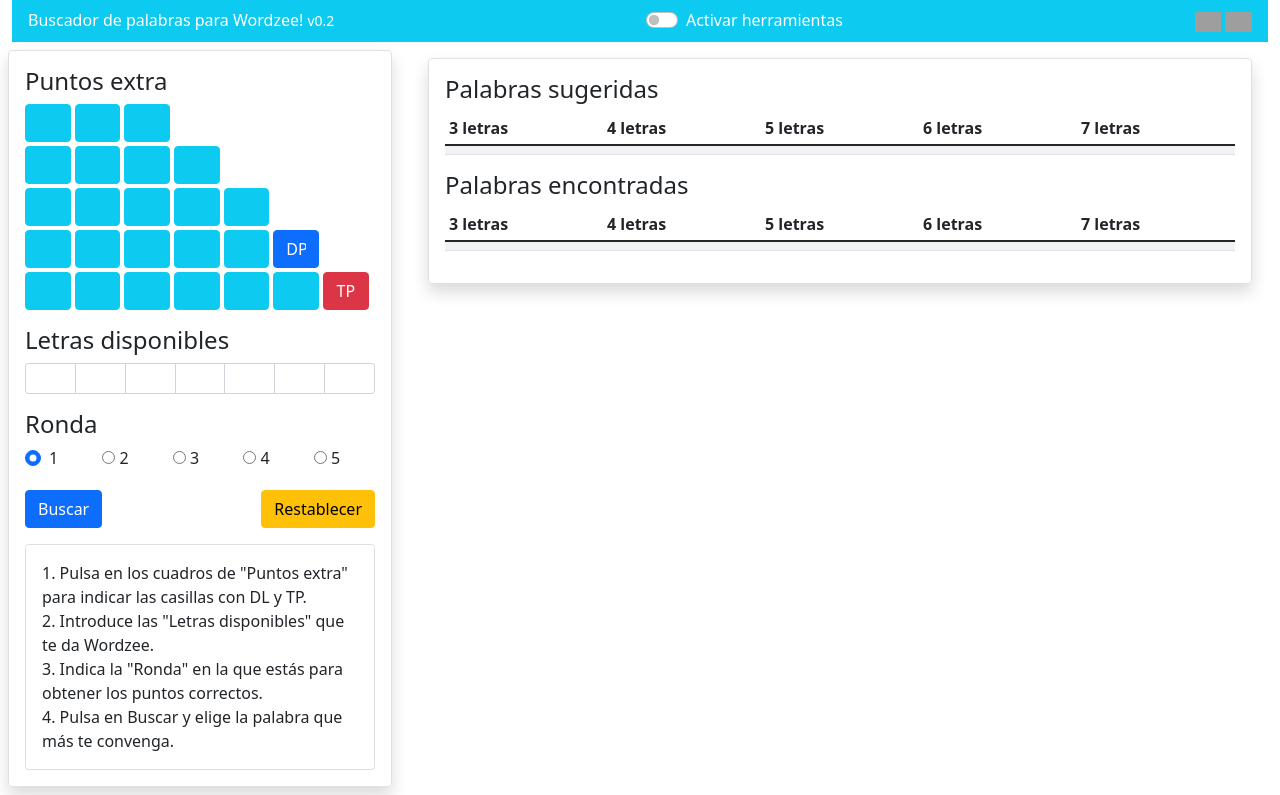
Repository: angelcafe/wordzee-bp_javascript
Page: index.html
An editor plug-in stored every save of this project. The page is shown before and after the next save, followed by the edit.
The browser window is 1280 px wide. The pictures show the whole page.
Pictures or frames that could not be fetched are drawn as grey boxes.

Above is the page before, as saved 2021-10-22 23:28:23.

After the next save:
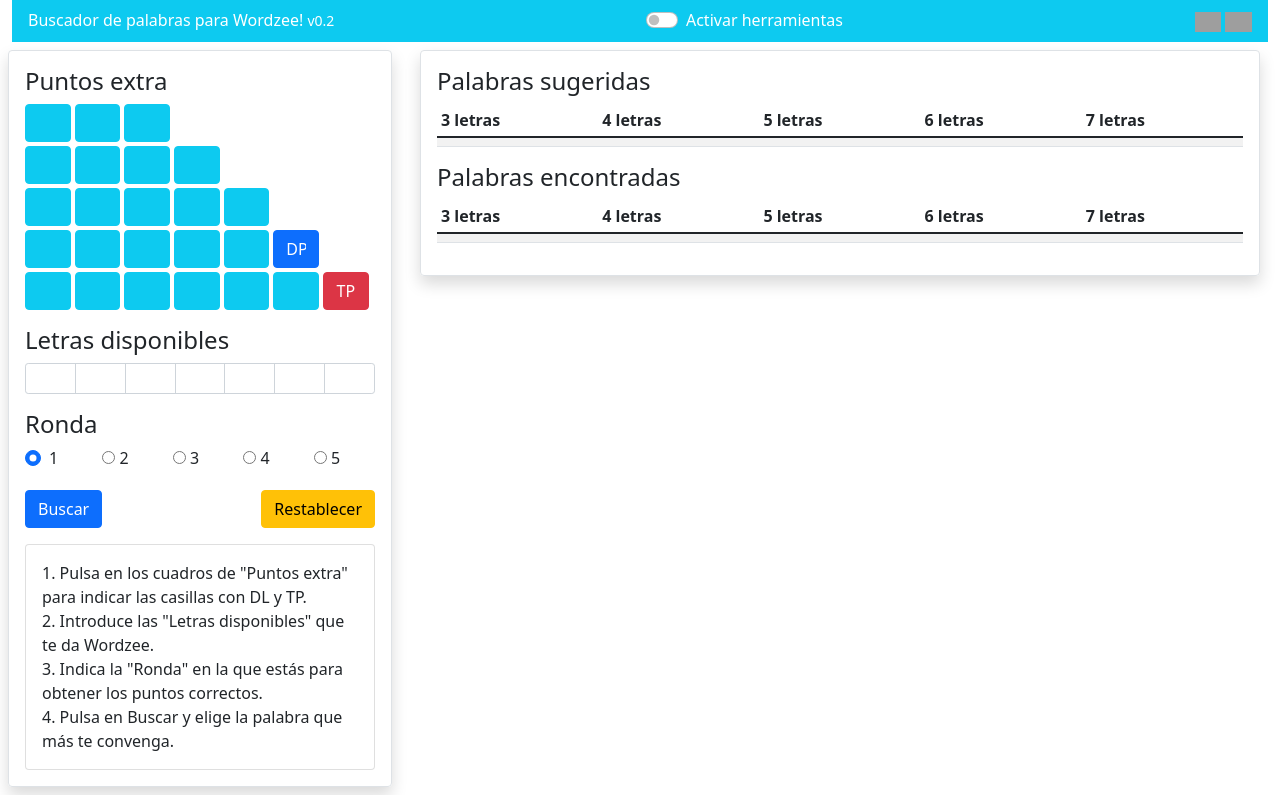
Saved 11 h 25 min later.
--- a/index.html
+++ b/index.html
@@ -172,7 +172,7 @@
             </div>
         <!-- Palabras sugeridas -->
             <div class="col">
-            <div class="border col m-3 p-3 shadow rounded">
+            <div class="border col m-2 p-3 shadow rounded">
                 <h4>Palabras sugeridas</h4>
                 <table class="table table-sm table-striped table-hover">
                     <thead>
